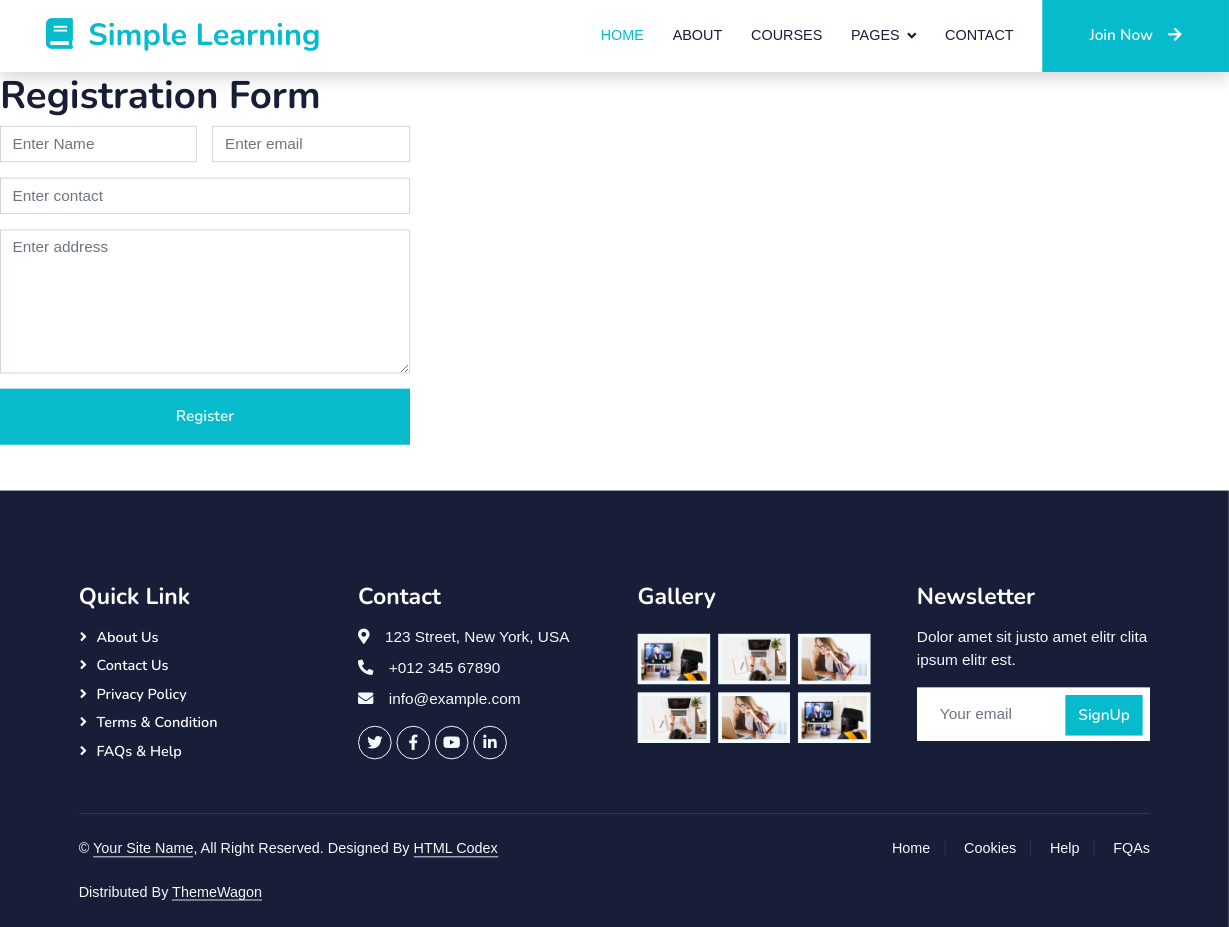
Repository: Arumugam2002/ARUMUGAM-TOPS-DAILY-TASKS
Page: http://localhost/register
These files come from the project's save history. The page is drawn as it stood at one moment and after a run of saves; the edit follows.
The browser window is 1280 px wide. The pictures show the whole page, at 96% of full size.
Some web fonts or font styles are not loaded; a fallback is used. Some web libraries are served in a nearby version. The page is this project's Thymeleaf template; nobody is signed in. The template is opened directly, without the code that normally fills it, so the values that code supplies are empty.

Above is the page before, as saved 2024-07-16 09:18:45.

### Java SpringBoot/Spring_Eclipse/SpringwithTemplate/src/main/resources/templates/register.html
<!DOCTYPE html>
<html lang="en">
	<head th:replace="/fragments/head :: head"></head>




<body>
	<head th:replace="/fragments/header :: header"></head>

	<h1>Registration Form</h1>

	<div class="col-lg-4 col-md-12 wow fadeInUp">

		<form action="/add" method="post">
			<div class="row g-3">
				<div class="col-md-6">

						<input type="text" class="form-control" name="name" id="name" placeholder="Enter Name">

				</div>

				<div class="col-md-6">

						<input type="email" class="form-control" name="email" id="email" placeholder="Enter email">


				</div>
				<div class="col-12">

						<input type="text" class="form-control" name="contact" id="subject" placeholder="Enter contact">


				</div>
				<div class="col-12">

						<textarea class="form-control" name="address" placeholder="Enter address" id="message"
							style="height: 150px"></textarea>


				</div>
				<div class="col-12">
					<button class="btn btn-primary w-100 py-3" type="submit" >Register</button>
				</div>
			</div>
		</form>
	</div>






	<footer th:replace="/fragments/footer :: footer"></footer>
</body>

</html>

### Java SpringBoot/Spring_Eclipse/SpringwithTemplate/src/main/resources/templates/fragments/head.html
<html lang="en">

<head lang="en" xmlns:th="http://www.thymeleaf.org">
    <meta charset="utf-8">
    <title>Simple Learning</title>
    <meta content="width=device-width, initial-scale=1.0" name="viewport">
    <meta content="" name="keywords">
    <meta content="" name="description">

    <!-- Favicon -->
    <link href="img/favicon.ico" rel="icon">

    <!-- Google Web Fonts -->
    <link rel="preconnect" href="https://fonts.googleapis.com">
    <link rel="preconnect" href="https://fonts.gstatic.com" crossorigin>
    <link href="https://fonts.googleapis.com/css2?family=Heebo:wght@400;500;600&family=Nunito:wght@600;700;800&display=swap" rel="stylesheet">

    <!-- Icon Font Stylesheet -->
    <link href="https://cdnjs.cloudflare.com/ajax/libs/font-awesome/5.10.0/css/all.min.css" rel="stylesheet">
    <link href="https://cdn.jsdelivr.net/npm/bootstrap-icons@1.4.1/font/bootstrap-icons.css" rel="stylesheet">

    <!-- Libraries Stylesheet -->
    <link href="assets/lib/animate/animate.min.css" rel="stylesheet">
    <link href="assets/lib/owlcarousel/assets/owl.carousel.min.css" rel="stylesheet">

    <!-- Customized Bootstrap Stylesheet -->
    <link href="assets/css/bootstrap.min.css" rel="stylesheet">

    <!-- Template Stylesheet -->
    <link href="assets/css/style.css" rel="stylesheet">
</head>

</html>

### Java SpringBoot/Spring_Eclipse/SpringwithTemplate/src/main/resources/templates/fragments/header.html
<html lang="en"
xmlns:th="http://www.thymeleaf.org"
xmlns:sec="http://www.thymeleaf.org/extras/spring-security">
<header>
<!-- Spinner Start -->
<div id="spinner"
	class="show bg-white position-fixed translate-middle w-100 vh-100 top-50 start-50 d-flex align-items-center justify-content-center">
	<div class="spinner-border text-primary" style="width: 3rem; height: 3rem;" role="status">
		<span class="sr-only">Loading...</span>
	</div>
</div>
<!-- Spinner End -->


<!-- Navbar Start -->
<nav class="navbar navbar-expand-lg bg-white navbar-light shadow sticky-top p-0">
	<a href="/" class="navbar-brand d-flex align-items-center px-4 px-lg-5">
		<h2 class="m-0 text-primary"><i class="fa fa-book me-3"></i>Simple Learning</h2>
	</a>
	<button type="button" class="navbar-toggler me-4" data-bs-toggle="collapse" data-bs-target="#navbarCollapse">
		<span class="navbar-toggler-icon"></span>
	</button>
	<div class="collapse navbar-collapse" id="navbarCollapse">
		<div class="navbar-nav ms-auto p-4 p-lg-0">
			<a href="/" class="nav-item nav-link active">Home</a>
			<a href="/about" class="nav-item nav-link">About</a>
			<a href="/courses" class="nav-item nav-link">Courses</a>
			<div class="nav-item dropdown">
				<a href="#" class="nav-link dropdown-toggle" data-bs-toggle="dropdown">Pages</a>
				<div class="dropdown-menu fade-down m-0">
					<a href="/team" class="dropdown-item">Our Team</a>
					<a href="/testimonial" class="dropdown-item">Testimonial</a>
					<a href="/404" class="dropdown-item">404 Page</a>
				</div>
			</div>
			<a href="/contact" class="nav-item nav-link">Contact</a>
		</div>
		<a href="/register" class="btn btn-primary py-4 px-lg-5 d-none d-lg-block">Join Now<i
				class="fa fa-arrow-right ms-3"></i></a>
	</div>
</nav>
<!-- Navbar End -->
</header>


</html>

### Java SpringBoot/Spring_Eclipse/SpringwithTemplate/src/main/resources/templates/fragments/footer.html
<!DOCTYPE html>
<html lang="en" xmlns:th="http://www.thymeleaf.org">

<body>

<footer>
	<!-- Footer Start -->
	<div class="container-fluid bg-dark text-light footer pt-5 mt-5 wow fadeIn" data-wow-delay="0.1s">
		<div class="container py-5">
			<div class="row g-5">
				<div class="col-lg-3 col-md-6">
					<h4 class="text-white mb-3">Quick Link</h4>
					<a class="btn btn-link" href="">About Us</a>
					<a class="btn btn-link" href="">Contact Us</a>
					<a class="btn btn-link" href="">Privacy Policy</a>
					<a class="btn btn-link" href="">Terms & Condition</a>
					<a class="btn btn-link" href="">FAQs & Help</a>
				</div>
				<div class="col-lg-3 col-md-6">
					<h4 class="text-white mb-3">Contact</h4>
					<p class="mb-2"><i class="fa fa-map-marker-alt me-3"></i>123 Street, New York, USA</p>
					<p class="mb-2"><i class="fa fa-phone-alt me-3"></i>+012 345 67890</p>
					<p class="mb-2"><i class="fa fa-envelope me-3"></i>info@example.com</p>
					<div class="d-flex pt-2">
						<a class="btn btn-outline-light btn-social" href=""><i class="fab fa-twitter"></i></a>
						<a class="btn btn-outline-light btn-social" href=""><i class="fab fa-facebook-f"></i></a>
						<a class="btn btn-outline-light btn-social" href=""><i class="fab fa-youtube"></i></a>
						<a class="btn btn-outline-light btn-social" href=""><i class="fab fa-linkedin-in"></i></a>
					</div>
				</div>
				<div class="col-lg-3 col-md-6">
					<h4 class="text-white mb-3">Gallery</h4>
					<div class="row g-2 pt-2">
						<div class="col-4">
							<img class="img-fluid bg-light p-1" src="img/course-1.jpg" alt="">
						</div>
						<div class="col-4">
							<img class="img-fluid bg-light p-1" src="img/course-2.jpg" alt="">
						</div>
						<div class="col-4">
							<img class="img-fluid bg-light p-1" src="img/course-3.jpg" alt="">
						</div>
						<div class="col-4">
							<img class="img-fluid bg-light p-1" src="img/course-2.jpg" alt="">
						</div>
						<div class="col-4">
							<img class="img-fluid bg-light p-1" src="img/course-3.jpg" alt="">
						</div>
						<div class="col-4">
							<img class="img-fluid bg-light p-1" src="img/course-1.jpg" alt="">
						</div>
					</div>
				</div>
				<div class="col-lg-3 col-md-6">
					<h4 class="text-white mb-3">Newsletter</h4>
					<p>Dolor amet sit justo amet elitr clita ipsum elitr est.</p>
					<div class="position-relative mx-auto" style="max-width: 400px;">
						<input class="form-control border-0 w-100 py-3 ps-4 pe-5" type="text" placeholder="Your email">
						<button type="button"
							class="btn btn-primary py-2 position-absolute top-0 end-0 mt-2 me-2">SignUp</button>
					</div>
				</div>
			</div>
		</div>
		<div class="container">
			<div class="copyright">
				<div class="row">
					<div class="col-md-6 text-center text-md-start mb-3 mb-md-0">
						&copy; <a class="border-bottom" href="#">Your Site Name</a>, All Right Reserved.

						<!--/*** This template is free as long as you keep the footer author’s credit link/attribution link/backlink. If you'd like to use the template without the footer author’s credit link/attribution link/backlink, you can purchase the Credit Removal License from "https://htmlcodex.com/credit-removal". Thank you for your support. ***/-->
						Designed By <a class="border-bottom" href="https://htmlcodex.com">HTML Codex</a><br><br>
						Distributed By <a class="border-bottom" href="https://themewagon.com">ThemeWagon</a>
					</div>
					<div class="col-md-6 text-center text-md-end">
						<div class="footer-menu">
							<a href="">Home</a>
							<a href="">Cookies</a>
							<a href="">Help</a>
							<a href="">FQAs</a>
						</div>
					</div>
				</div>
			</div>
		</div>
	</div>
	<!-- Footer End -->


	<!-- Back to Top -->
	<a href="#" class="btn btn-lg btn-primary btn-lg-square back-to-top"><i class="bi bi-arrow-up"></i></a>


	<!-- JavaScript Libraries -->
	<script src="https://code.jquery.com/jquery-3.4.1.min.js"></script>
	<script src="https://cdn.jsdelivr.net/npm/bootstrap@5.0.0/dist/js/bootstrap.bundle.min.js"></script>
	<script src="assets/lib/wow/wow.min.js"></script>
	<script src="assets/lib/easing/easing.min.js"></script>
	<script src="assets/lib/waypoints/waypoints.min.js"></script>
	<script src="assets/lib/owlcarousel/owl.carousel.min.js"></script>

	<!-- Template Javascript -->
	<script src="assets/js/main.js"></script>
	</footer>
</body>

</html>

### Java SpringBoot/Spring_Eclipse/SpringwithTemplate/src/main/resources/static/assets/css/style.css
/********** Template CSS **********/
:root {
    --primary: #06BBCC;
    --light: #F0FBFC;
    --dark: #181d38;
}

.fw-medium {
    font-weight: 600 !important;
}

.fw-semi-bold {
    font-weight: 700 !important;
}

.back-to-top {
    position: fixed;
    display: none;
    right: 45px;
    bottom: 45px;
    z-index: 99;
}


/*** Spinner ***/
#spinner {
    opacity: 0;
    visibility: hidden;
    transition: opacity .5s ease-out, visibility 0s linear .5s;
    z-index: 99999;
}

#spinner.show {
    transition: opacity .5s ease-out, visibility 0s linear 0s;
    visibility: visible;
    opacity: 1;
}


/*** Button ***/
.btn {
    font-family: 'Nunito', sans-serif;
    font-weight: 600;
    transition: .5s;
}

.btn.btn-primary,
.btn.btn-secondary {
    color: #FFFFFF;
}

.btn-square {
    width: 38px;
    height: 38px;
}

.btn-sm-square {
    width: 32px;
    height: 32px;
}

.btn-lg-square {
    width: 48px;
    height: 48px;
}

.btn-square,
.btn-sm-square,
.btn-lg-square {
    padding: 0;
    display: flex;
    align-items: center;
    justify-content: center;
    font-weight: normal;
    border-radius: 0px;
}


/*** Navbar ***/
.navbar .dropdown-toggle::after {
    border: none;
    content: "\f107";
    font-family: "Font Awesome 5 Free";
    font-weight: 900;
    vertical-align: middle;
    margin-left: 8px;
}

.navbar-light .navbar-nav .nav-link {
    margin-right: 30px;
    padding: 25px 0;
    color: #FFFFFF;
    font-size: 15px;
    text-transform: uppercase;
    outline: none;
}

.navbar-light .navbar-nav .nav-link:hover,
.navbar-light .navbar-nav .nav-link.active {
    color: var(--primary);
}

@media (max-width: 991.98px) {
    .navbar-light .navbar-nav .nav-link  {
        margin-right: 0;
        padding: 10px 0;
    }

    .navbar-light .navbar-nav {
        border-top: 1px solid #EEEEEE;
    }
}

.navbar-light .navbar-brand,
.navbar-light a.btn {
    height: 75px;
}

.navbar-light .navbar-nav .nav-link {
    color: var(--dark);
    font-weight: 500;
}

.navbar-light.sticky-top {
    top: -100px;
    transition: .5s;
}

@media (min-width: 992px) {
    .navbar .nav-item .dropdown-menu {
        display: block;
        margin-top: 0;
        opacity: 0;
        visibility: hidden;
        transition: .5s;
    }

    .navbar .dropdown-menu.fade-down {
        top: 100%;
        transform: rotateX(-75deg);
        transform-origin: 0% 0%;
    }

    .navbar .nav-item:hover .dropdown-menu {
        top: 100%;
        transform: rotateX(0deg);
        visibility: visible;
        transition: .5s;
        opacity: 1;
    }
}


/*** Header carousel ***/
@media (max-width: 768px) {
    .header-carousel .owl-carousel-item {
        position: relative;
        min-height: 500px;
    }

    .header-carousel .owl-carousel-item img {
        position: absolute;
        width: 100%;
        height: 100%;
        object-fit: cover;
    }
}

.header-carousel .owl-nav {
    position: absolute;
    top: 50%;
    right: 8%;
    transform: translateY(-50%);
    display: flex;
    flex-direction: column;
}

.header-carousel .owl-nav .owl-prev,
.header-carousel .owl-nav .owl-next {
    margin: 7px 0;
    width: 45px;
    height: 45px;
    display: flex;
    align-items: center;
    justify-content: center;
    color: #FFFFFF;
    background: transparent;
    border: 1px solid #FFFFFF;
    font-size: 22px;
    transition: .5s;
}

.header-carousel .owl-nav .owl-prev:hover,
.header-carousel .owl-nav .owl-next:hover {
    background: var(--primary);
    border-color: var(--primary);
}

.page-header {
    background: linear-gradient(rgba(24, 29, 56, .7), rgba(24, 29, 56, .7)), url(../img/carousel-1.jpg);
    background-position: center center;
    background-repeat: no-repeat;
    background-size: cover;
}

.page-header-inner {
    background: rgba(15, 23, 43, .7);
}

.breadcrumb-item + .breadcrumb-item::before {
    color: var(--light);
}


/*** Section Title ***/
.section-title {
    position: relative;
    display: inline-block;
    text-transform: uppercase;
}

.section-title::before {
    position: absolute;
    content: "";
    width: calc(100% + 80px);
    height: 2px;
    top: 4px;
    left: -40px;
    background: var(--primary);
    z-index: -1;
}

.section-title::after {
    position: absolute;
    content: "";
    width: calc(100% + 120px);
    height: 2px;
    bottom: 5px;
    left: -60px;
    background: var(--primary);
    z-index: -1;
}

.section-title.text-start::before {
    width: calc(100% + 40px);
    left: 0;
}

.section-title.text-start::after {
    width: calc(100% + 60px);
    left: 0;
}


/*** Service ***/
.service-item {
    background: var(--light);
    transition: .5s;
}

.service-item:hover {
    margin-top: -10px;
    background: var(--primary);
}

.service-item * {
    transition: .5s;
}

.service-item:hover * {
    color: var(--light) !important;
}


/*** Categories & Courses ***/
.category img,
.course-item img {
    transition: .5s;
}

.category a:hover img,
.course-item:hover img {
    transform: scale(1.1);
}


/*** Team ***/
.team-item img {
    transition: .5s;
}

.team-item:hover img {
    transform: scale(1.1);
}


/*** Testimonial ***/
.testimonial-carousel::before {
    position: absolute;
    content: "";
    top: 0;
    left: 0;
    height: 100%;
    width: 0;
    background: linear-gradient(to right, rgba(255, 255, 255, 1) 0%, rgba(255, 255, 255, 0) 100%);
    z-index: 1;
}

.testimonial-carousel::after {
    position: absolute;
    content: "";
    top: 0;
    right: 0;
    height: 100%;
    width: 0;
    background: linear-gradient(to left, rgba(255, 255, 255, 1) 0%, rgba(255, 255, 255, 0) 100%);
    z-index: 1;
}

@media (min-width: 768px) {
    .testimonial-carousel::before,
    .testimonial-carousel::after {
        width: 200px;
    }
}

@media (min-width: 992px) {
    .testimonial-carousel::before,
    .testimonial-carousel::after {
        width: 300px;
    }
}

.testimonial-carousel .owl-item .testimonial-text,
.testimonial-carousel .owl-item.center .testimonial-text * {
    transition: .5s;
}

.testimonial-carousel .owl-item.center .testimonial-text {
    background: var(--primary) !important;
}

.testimonial-carousel .owl-item.center .testimonial-text * {
    color: #FFFFFF !important;
}

.testimonial-carousel .owl-dots {
    margin-top: 24px;
    display: flex;
    align-items: flex-end;
    justify-content: center;
}

.testimonial-carousel .owl-dot {
    position: relative;
    display: inline-block;
    margin: 0 5px;
    width: 15px;
    height: 15px;
    border: 1px solid #CCCCCC;
    transition: .5s;
}

.testimonial-carousel .owl-dot.active {
    background: var(--primary);
    border-color: var(--primary);
}


/*** Footer ***/
.footer .btn.btn-social {
    margin-right: 5px;
    width: 35px;
    height: 35px;
    display: flex;
    align-items: center;
    justify-content: center;
    color: var(--light);
    font-weight: normal;
    border: 1px solid #FFFFFF;
    border-radius: 35px;
    transition: .3s;
}

.footer .btn.btn-social:hover {
    color: var(--primary);
}

.footer .btn.btn-link {
    display: block;
    margin-bottom: 5px;
    padding: 0;
    text-align: left;
    color: #FFFFFF;
    font-size: 15px;
    font-weight: normal;
    text-transform: capitalize;
    transition: .3s;
}

.footer .btn.btn-link::before {
    position: relative;
    content: "\f105";
    font-family: "Font Awesome 5 Free";
    font-weight: 900;
    margin-right: 10px;
}

.footer .btn.btn-link:hover {
    letter-spacing: 1px;
    box-shadow: none;
}

.footer .copyright {
    padding: 25px 0;
    font-size: 15px;
    border-top: 1px solid rgba(256, 256, 256, .1);
}

.footer .copyright a {
    color: var(--light);
}

.footer .footer-menu a {
    margin-right: 15px;
    padding-right: 15px;
    border-right: 1px solid rgba(255, 255, 255, .1);
}

.footer .footer-menu a:last-child {
    margin-right: 0;
    padding-right: 0;
    border-right: none;
}

### Java SpringBoot/Spring_Eclipse/SpringwithTemplate/src/main/resources/static/assets/js/main.js
(function ($) {
    "use strict";

    // Spinner
    var spinner = function () {
        setTimeout(function () {
            if ($('#spinner').length > 0) {
                $('#spinner').removeClass('show');
            }
        }, 1);
    };
    spinner();


    // Initiate the wowjs
    new WOW().init();


    // Sticky Navbar
    $(window).scroll(function () {
        if ($(this).scrollTop() > 300) {
            $('.sticky-top').css('top', '0px');
        } else {
            $('.sticky-top').css('top', '-100px');
        }
    });


    // Dropdown on mouse hover
    const $dropdown = $(".dropdown");
    const $dropdownToggle = $(".dropdown-toggle");
    const $dropdownMenu = $(".dropdown-menu");
    const showClass = "show";

    $(window).on("load resize", function() {
        if (this.matchMedia("(min-width: 992px)").matches) {
            $dropdown.hover(
            function() {
                const $this = $(this);
                $this.addClass(showClass);
                $this.find($dropdownToggle).attr("aria-expanded", "true");
                $this.find($dropdownMenu).addClass(showClass);
            },
            function() {
                const $this = $(this);
                $this.removeClass(showClass);
                $this.find($dropdownToggle).attr("aria-expanded", "false");
                $this.find($dropdownMenu).removeClass(showClass);
            }
            );
        } else {
            $dropdown.off("mouseenter mouseleave");
        }
    });


    // Back to top button
    $(window).scroll(function () {
        if ($(this).scrollTop() > 300) {
            $('.back-to-top').fadeIn('slow');
        } else {
            $('.back-to-top').fadeOut('slow');
        }
    });
    $('.back-to-top').click(function () {
        $('html, body').animate({scrollTop: 0}, 1500, 'easeInOutExpo');
        return false;
    });


    // Header carousel
    $(".header-carousel").owlCarousel({
        autoplay: true,
        smartSpeed: 1500,
        items: 1,
        dots: false,
        loop: true,
        nav : true,
        navText : [
            '<i class="bi bi-chevron-left"></i>',
            '<i class="bi bi-chevron-right"></i>'
        ]
    });


    // Testimonials carousel
    $(".testimonial-carousel").owlCarousel({
        autoplay: true,
        smartSpeed: 1000,
        center: true,
        margin: 24,
        dots: true,
        loop: true,
        nav : false,
        responsive: {
            0:{
                items:1
            },
            768:{
                items:2
            },
            992:{
                items:3
            }
        }
    });

})(jQuery);

Loaded but not shown: Java SpringBoot/Spring_Eclipse/SpringwithTemplate/src/main/resources/static/assets/lib/animate/animate.min.css (library); Java SpringBoot/Spring_Eclipse/SpringwithTemplate/src/main/resources/static/assets/lib/owlcarousel/assets/owl.carousel.min.css (common file); Java SpringBoot/Spring_Eclipse/SpringwithTemplate/src/main/resources/static/assets/css/bootstrap.min.css (library); Java SpringBoot/Spring_Eclipse/SpringwithTemplate/src/main/resources/static/assets/lib/wow/wow.min.js (library); Java SpringBoot/Spring_Eclipse/SpringwithTemplate/src/main/resources/static/assets/lib/easing/easing.min.js (common file); Java SpringBoot/Spring_Eclipse/SpringwithTemplate/src/main/resources/static/assets/lib/waypoints/waypoints.min.js (library); Java SpringBoot/Spring_Eclipse/SpringwithTemplate/src/main/resources/static/assets/lib/owlcarousel/owl.carousel.min.js (library)

After the next 2 saves:
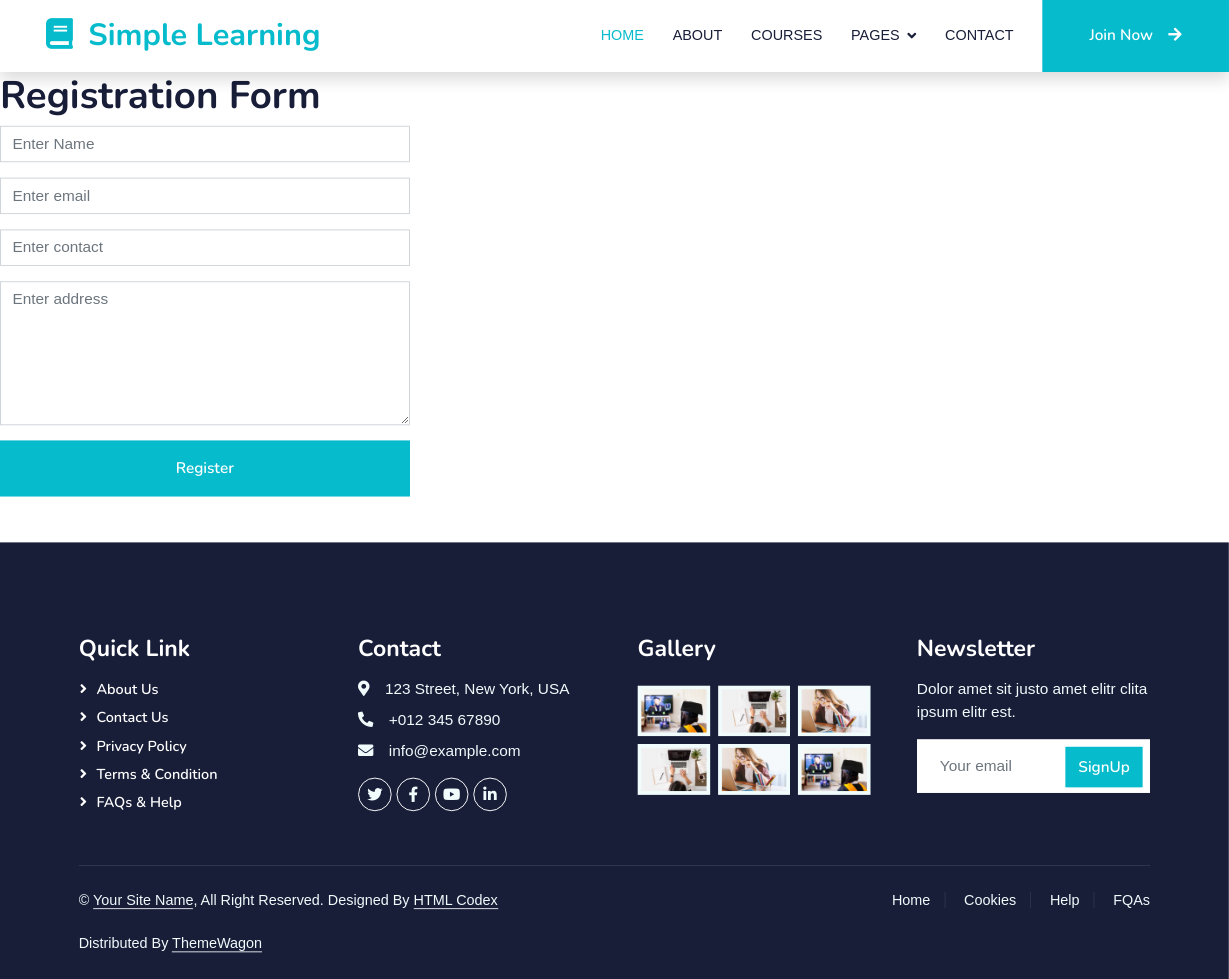
The 2 saves are shown as one change because they came seconds apart.
The last was saved 14 s later.
--- a/Java SpringBoot/Spring_Eclipse/SpringwithTemplate/src/main/resources/templates/register.html
+++ b/Java SpringBoot/Spring_Eclipse/SpringwithTemplate/src/main/resources/templates/register.html
@@ -14,13 +14,13 @@
 
 		<form action="/add" method="post">
 			<div class="row g-3">
-				<div class="col-md-6">
+				<div class="col-12">
 
 						<input type="text" class="form-control" name="name" id="name" placeholder="Enter Name">
 
 				</div>
 
-				<div class="col-md-6">
+				<div class="col-12">
 
 						<input type="email" class="form-control" name="email" id="email" placeholder="Enter email">
 
